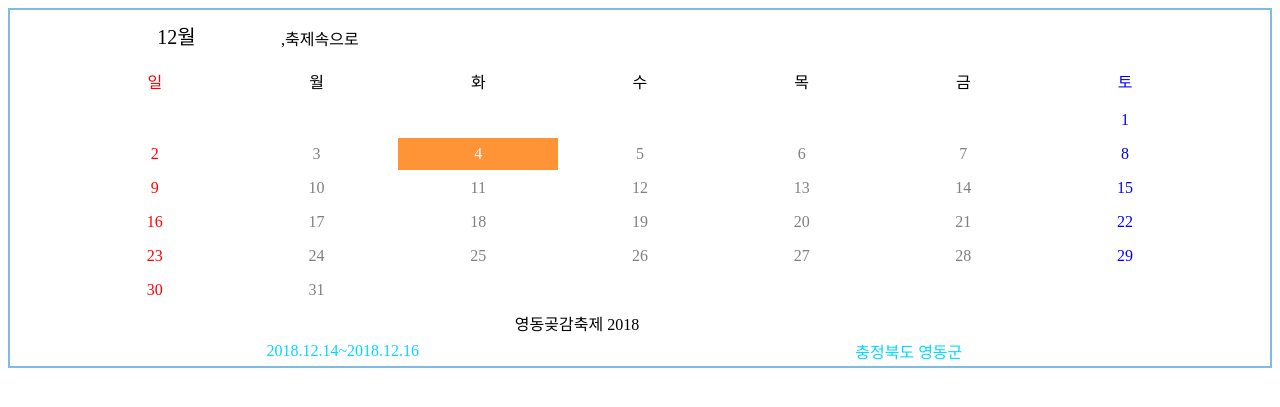
Repository: jih3508/Webproject_Rest
Page: http://localhost/comma1004/include/sideCalendar.jsp
The author's editor kept a copy of each file at every save. The page is drawn from the files as they stood at one save, then again after the next save.
The browser window is 1280 px wide. The pictures show the whole page.
The page is served by Tomcat 9. Nobody is signed in. The application's start-up code is not run. Other server files are loaded and not shown.

Above is the page before, as saved 2018-12-04 11:42:55.

### comma1004/src/main/webapp/include/sideCalendar.jsp
<%@ page language="java" contentType="text/html; charset=UTF-8"
    pageEncoding="UTF-8"%>
    <%@ page import="java.util.Calendar" %>
 <%
 Calendar cal = Calendar.getInstance();

 int y = 0;
 int m = 0;
 int day =0; //오늘 날짜 출력

	 y = cal.get(Calendar.YEAR);
	 m = cal.get(Calendar.MONTH);
	 day = cal.get(Calendar.DATE);

 cal.set(y,m,1);  // 출력 월의  1일날로 세팅 ( 1일날의 요일을 얻기 위해)

 int dayOfWeek = cal.get(Calendar.DAY_OF_WEEK);       // 1일날의 요일
 int lastDay = cal.getActualMaximum(Calendar.DATE);   // 마지막 날짜
%>

<!DOCTYPE html PUBLIC "-//W3C//DTD HTML 4.01 Transitional//EN" "http://www.w3.org/TR/html4/loose.dtd">
<html>
<head>
<meta http-equiv="Content-Type" content="text/html; charset=UTF-8">
<title>Insert title here</title>
</head>
<body>
<style>
	.calendar{
		overflow:hidden;
		border:2px solid #80BCE1;
		text-align:center;
	}
	.calendar table{
		width:90%;
	}
</style>
<div>
<div class="calendar" >
   <table border="0" align="center" style="margin-top:8px;" >
   <colgroup>
			<col width="18%"/>
			<col width="82%"/>

	</colgroup>
   <tr>
   	   	<td style="font-size:20px; witdh:5%;"><%=m+1 %>월</td><td style="vertical-align:bottom; text-align:left; "> ,축제속으로</td>
   </tr>
   </table>
<table border="0" align="center" width="10%;" height="250px" style="margin-top:5px;">
<tr>
<td style="color:red; ">일</td><td>월</td><td>화</td><td>수</td><td>목</td><td>금</td><td style="color:blue; ">토</td>
</tr>
<%
 for(int i=1; i<dayOfWeek; i++) {
 %>
       <td></td>
 <%
 }
 for(int d=1; d<=lastDay; d++) {

	 if(dayOfWeek%7 == 0)  {
		 if(d == day){
			%>
			<td style="background-color:#FF9436; color:blue;"><%=d %> </td>
			<%
		 }
		 else{

			 out.print("<td><font color=blue>"+d+"</font></td>");

		 }
	 } else if(dayOfWeek%7 == 1) {
		 if(d==day){
		%>
		<td style="background-color:#FF9436; color:blue;"><%=d %></td>
		<%
		 }
		 else{
		 out.print("<td><font color=red>"+d+"</font></td>");
		 }
	} else {
		if(d == day){
		%>
		<td style="background-color:#FF9436; color:#FFFFFF;"><%=d %></td>
		<%
		}
		else
		{
 	%>
          <td style="color:gray;"><%=d %> </td>
   <%
		}
	 }

	 if(dayOfWeek%7 == 0) {
   %>
    </t><tr>
   <%
     }
     dayOfWeek++;
 }
 %>

    </tr>
</table>
<table>
	<tr>
		<td colspan="2">영동곶감축제 2018</td>
	</tr>
	<tr>
		<td style="color:#00D8FF">2018.12.14~2018.12.16</td><td style="color:#00D8FF">충정북도 영동군</td>
	</tr>
</table>
</div>
</div>
</body>
</html>

After the next save:
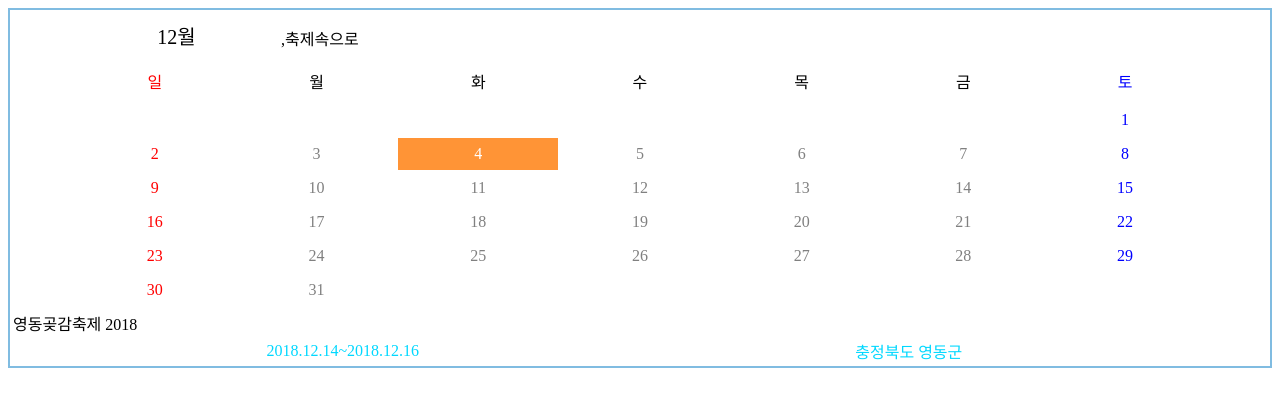
Saved 47 s later.
--- a/comma1004/src/main/webapp/include/sideCalendar.jsp
+++ b/comma1004/src/main/webapp/include/sideCalendar.jsp
@@ -106,7 +106,7 @@
 </table>
 <table>
 	<tr>
-		<td colspan="2">영동곶감축제 2018</td>
+		<td colspan="2" align="left">영동곶감축제 2018</td>
 	</tr>
 	<tr>
 		<td style="color:#00D8FF">2018.12.14~2018.12.16</td><td style="color:#00D8FF">충정북도 영동군</td>
